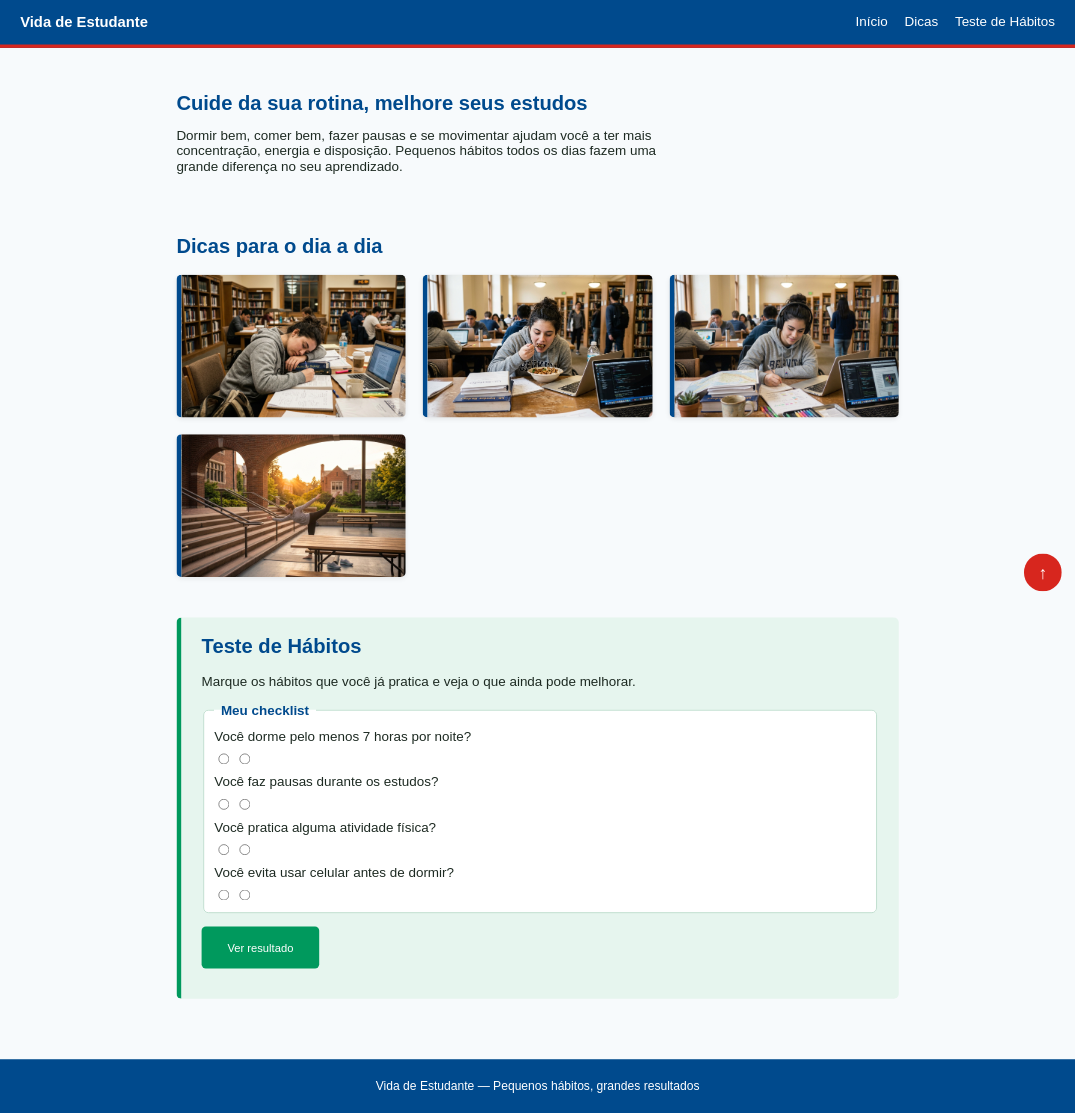
Repository: antonymsantana-design/healf-student
Page: index.html
An editor plug-in stored every save of this project. The page is shown before and after the next save, followed by the edit.
The browser window is 1280 px wide. The pictures show the whole page, at 84% of full size.

Above is the page before, as saved 2026-10-12 22:30:26.

### index.html
<!DOCTYPE html>
<html lang="pt-BR">

<head>
    <meta charset="UTF-8">
    <meta name="viewport" content="width=device-width, initial-scale=1">
    <title>Vida de Estudante: Guia de Hábitos Saudáveis</title>
    <link rel="stylesheet" href="style.css">
    <script src="script.js" defer></script>
</head>

<body>
    <header>
        <nav>
            <span class="logo">Vida de Estudante</span>
            <a href="#inicio">Início</a>
            <a href="#dicas">Dicas</a>
            <a href="#teste">Teste de Hábitos</a>
        </nav>
    </header>

    <main>
        <section id="inicio" class="abertura">
            <div class="abertura-texto">
                <h1>Cuide da sua rotina, melhore seus estudos</h1>
                <p class="intro">Dormir bem, comer bem, fazer pausas e se movimentar ajudam você a ter mais
                    concentração, energia e disposição. Pequenos hábitos todos os dias fazem uma grande diferença no
                    seu aprendizado.</p>
            </div>

        </section>

        <section id="dicas">
            <h2>Dicas para o dia a dia</h2>
            <div class="cards" id="cards">
            </div>
        </section>

        <section id="teste" class="projeto">
            <h2>Teste de Hábitos</h2>
            <p>Marque os hábitos que você já pratica e veja o que ainda pode melhorar.</p>

            <form>
                <fieldset>
                    <legend>Meu checklist</legend>

                    <label for="drm">Você dorme pelo menos 7 horas por noite?
                    </label>
                    <input type="radio" name="drm" id="drm" value="sim" placeholder="Sim">
                    <input type="radio" name="drm" id="drm" value="não" placeholder="Não">

                    <label for="ps">Você faz pausas durante os estudos?

                    </label>
                    <input type="radio" name="ps" id="ps" value="sim" placeholder="Sim">
                    <input type="radio" name="ps" id="ps" value="não" placeholder="Não">

                    <label for="fs">Você pratica alguma atividade física?

                    </label>
                    <input type="radio" name="fs" id="fs" value="sim"placeholder="Sim">
                    <input type="radio" name="fs" id="fs" value="não"placeholder="Não">

                    <label for="cl">Você evita usar celular antes de dormir?

                    </label>
                    <input type="radio" name="cl" id="cl" value="sim"placeholder="Sim">
                    <input type="radio" name="cl" id="cl" value="não"placeholder="Não">

                </fieldset>

                <button id="btn" class="btn"></button>
            </form>
            <p id="a"></p>
        </section>
    </main>

    <a href="#inicio" class="topo" aria-label="Voltar ao topo">↑</a>

    <footer>
        Vida de Estudante — Pequenos hábitos, grandes resultados
    </footer>
</body>

</html>

### style.css
* {
    box-sizing: border-box;
    scroll-behavior: smooth;
}

body {
    margin: 0;
    font-family: Arial, Helvetica, sans-serif, cursive;
    color: #1d2a22;
    background: #f7fafc;
}

header {
    background: #004a8d;
    color: #fff;
    padding: 1rem 1.5rem;
    border-bottom: 4px solid #d7261e;;
    top: 0;
}

nav {
    display: flex;
    gap: 1.25rem;
    flex-wrap: wrap;
    align-items: center;
}

.logo {
    font-weight: bold;
    font-size: 1.1rem;
    margin-right: auto;
}

nav a {
    color: #fff;
    text-decoration: none;
    padding-bottom: 2px;
}

nav a:hover {
    font-weight: bold;
    border-bottom: 2px solid #fff;
    transform: translateY(-2px);
    transition: 0.2s;
}

main {
    max-width: 900px;
    margin: 0 auto;
    padding: 2rem 1.25rem 3rem;
}

h1 {
    color: #004a8d;
    margin-bottom: .25rem;
}

h2 {
    color: #004a8d;
}

.abertura {
    display: flex;
    align-items: center;
    gap: 2rem;
    margin-bottom: 3rem;
}

.abertura-texto {
    flex: 1;
}

.intro {
    max-width: 65ch;
    margin-bottom: 1.5rem;
}

.btn{
    width: 140px;
    height: 50px;
    border-radius: 5px;
    color: white;
    background-color: #00995d;
    border: none;
    transition: 0.3s ease;
}

.btn:hover{
    transform: rotateX('angle');
}

.ilustracao {
    width: 220px;
}

.botao {
    display: inline-block;
    background: #00995d;
    color: #fff;
    border: none;
    border-radius: 6px;
    padding: .7rem 1.2rem;
    font-size: 1rem;
    cursor: pointer;
}

.botao:hover {
    background: #004a8d;
    transition: 0.2s;
}

.cards {
    display: grid;
    grid-template-columns: repeat(auto-fit, minmax(250px, 1fr));
    gap: 1.25rem;
    margin-bottom: 3rem;
}

.card {
    background: #fff;
    border-left: 6px solid #004a8d;
    border-radius: 6px;
    padding: 1.25rem 1.5rem;
    box-shadow: 0 2px 6px rgba(0, 0, 0, 0.08);
    transition: transform 0.2s, box-shadow 0.2s;
    height: 170px;

}


.card:hover {
    background-image: none !important;
    background-color: #e6f5ee !important;
    transform: translateY(-6px);
    box-shadow: 0 8px 16px rgba(0, 0, 0, 0.15);
    color: #1d2a22;
}

.card:hover h3,
.card:hover p {
    opacity: 1;
}

.card h3 {
    margin: .5rem 0 .25rem;
    color: #004a8d;
    opacity: 0;
    transition: opacity 0.2s;
}

.card p {
    opacity: 0;
    margin: 0;
    line-height: 1.4;
    transition: opacity 0.2s;
}

.icone {
    font-size: 2rem;
}

.projeto {
    background: #e6f5ee;
    border-left: 6px solid #00995d;
    border-radius: 6px;
    padding: 1.25rem 1.5rem;
    margin-bottom: 1.5rem;
}

.projeto h2 {
    margin-top: 0;
}

.projeto h3 {
    margin-bottom: .25rem;
    font-size: 1rem;
}

.projeto ul {
    margin-top: 0;
    padding-left: 1.2rem;
}

fieldset {
    border: 1px solid #b6d9c7;
    border-radius: 6px;
    margin-bottom: 1rem;
    background: #fff;
}

legend {
    font-weight: bold;
    color: #004a8d;
    padding: 0 .5rem;
}

fieldset label {
    display: block;
    margin: .5rem 0;
    cursor: pointer;
}

.topo {
    position: fixed;
    right: 1rem;
    bottom: 1rem;
    background: #d7261e;
    color: #fff;
    text-decoration: none;
    width: 2.8rem;
    height: 2.8rem;
    border-radius: 50%;
    display: flex;
    align-items: center;
    justify-content: center;
    font-size: 1.3rem;
}

footer {
    text-align: center;
    padding: 1.5rem;
    font-size: .9rem;
    color: #fff;
    background: #004a8d;
}

@media (max-width: 600px) {
    .abertura {
        flex-direction: column-reverse;
        text-align: center;
    }

    .ilustracao {
        width: 160px;
    }

    nav {
        gap: .75rem;
    }

    .logo {
        width: 100%;
    }

}

### script.js
const titleCard = ["Sono", "Alimentação", "Estudos", "Atividade Fisica"];
const pTitleCard = [
  "Dormir de 7 a 9 horas melhora a concentração e a memória.",
  "Uma alimentação saudável ajuda a manter o corpo e a mente em equilíbrio.",
  "Estabelecer uma rotina de estudos aumenta a produtividade e o aprendizado.",
  "Praticar atividade física regularmente melhora a saúde mental e física.",
];

const crdImage = [
  "./images/dormir.jpg",
  "./images/comer.jpg",
  "./images/estudar.jpg",
  "./images/exercicio.jpg",
];

const cardArea = document.getElementById("cards");

function createCard() {
  for (let i = 0; i < pTitleCard.length; i++) {
    cardArea.innerHTML += `<article class="card sono" id="card"  style="background-image: url('${crdImage[i]}'); background-size: cover; background-position: center;">
                    <h3 id="TC">${titleCard[i]}</h3>
                    <p id="PTC">${pTitleCard[i]}</p>
                </article>`;
  }
}

createCard();

const btn = document.getElementById("btn");
const a = document.getElementById("a");

btn.innerHTML = "Ver resultado";
btn.addEventListener("click", function (event) {
  event.preventDefault();
  const drm = document.querySelector('input[name="drm"]:checked');
  const ps = document.querySelector('input[name="ps"]:checked');
  const fs = document.querySelector('input[name="fs"]:checked');
  const cl = document.querySelector('input[name="cl"]:checked');
  if (drm == null || ps == null || fs == null || cl == null) {
    a.innerHTML = "Responda todas as perguntas!";
  } else if (
    drm.value == "sim" &&
    ps.value == "sim" &&
    fs.value == "sim" &&
    cl.value == "sim"
  ) {
    a.innerHTML = "Parabéns! Seus hábitos estão bons!";
  } else {
    a.innerHTML = "Você precisa melhorar alguns hábitos!";
  }
});

After the next save:
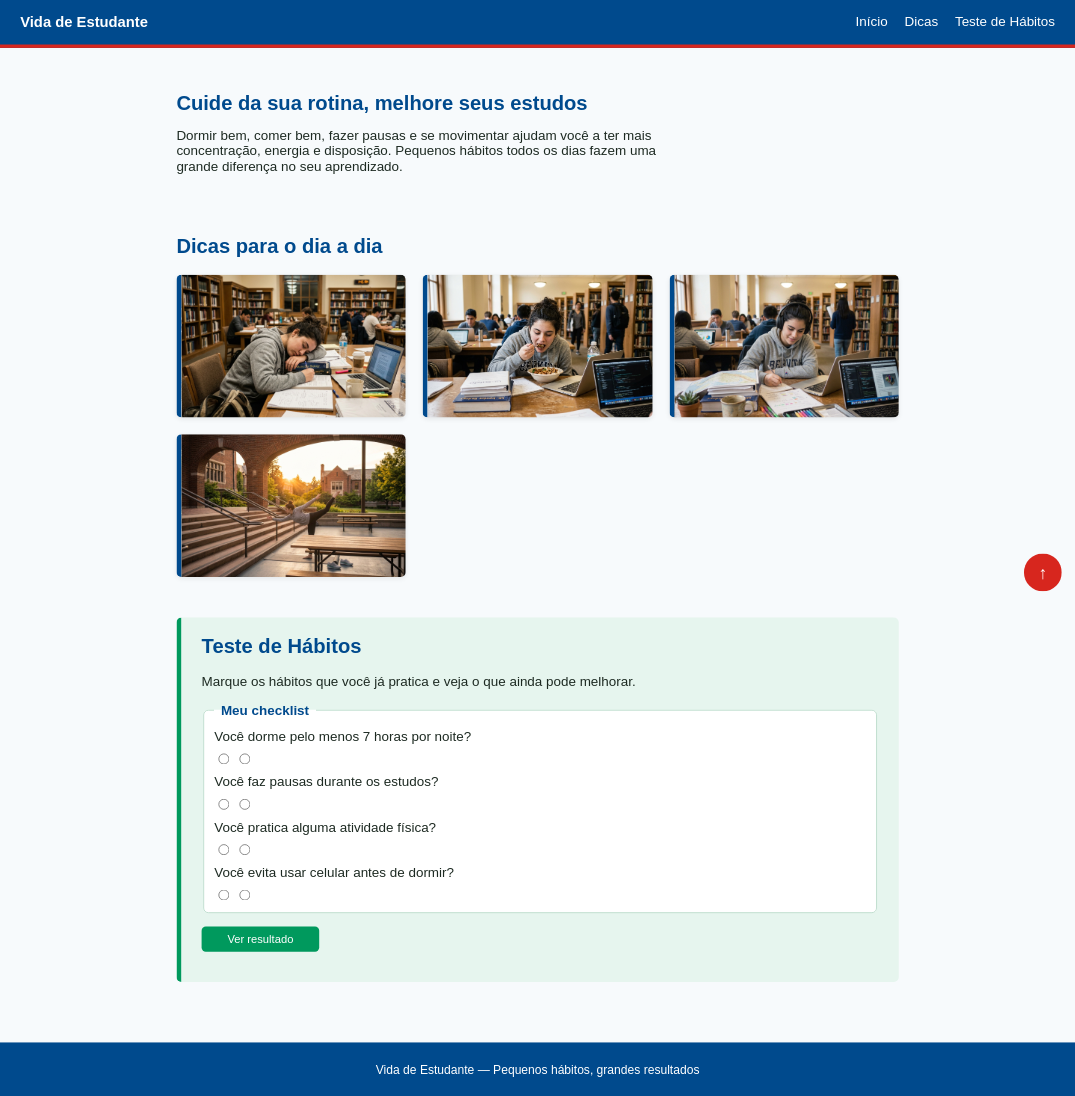
Saved 8 s later.
--- a/style.css
+++ b/style.css
@@ -77,7 +77,7 @@ h2 {
 
 .btn{
     width: 140px;
-    height: 50px;
+    height: 30px;
     border-radius: 5px;
     color: white;
     background-color: #00995d;
